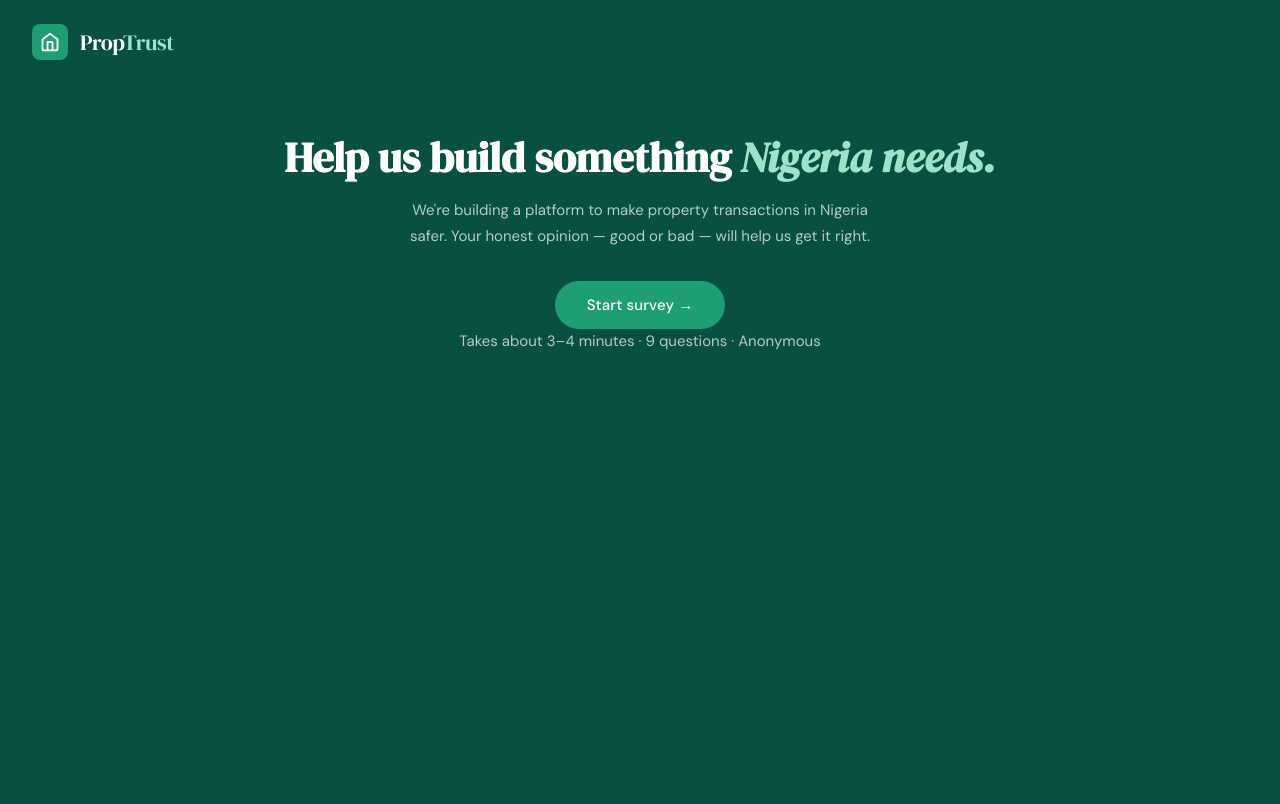
Repository: Shenixo/questionnaire
Page: index.html
The author's editor kept a copy of each file at every save. The page is drawn from the files as they stood at one save, then again after the next save.
The browser window is 1280 px wide. The pictures show the whole page.

Above is the page before, as saved 2026-05-06 14:35:53.

After the next save:
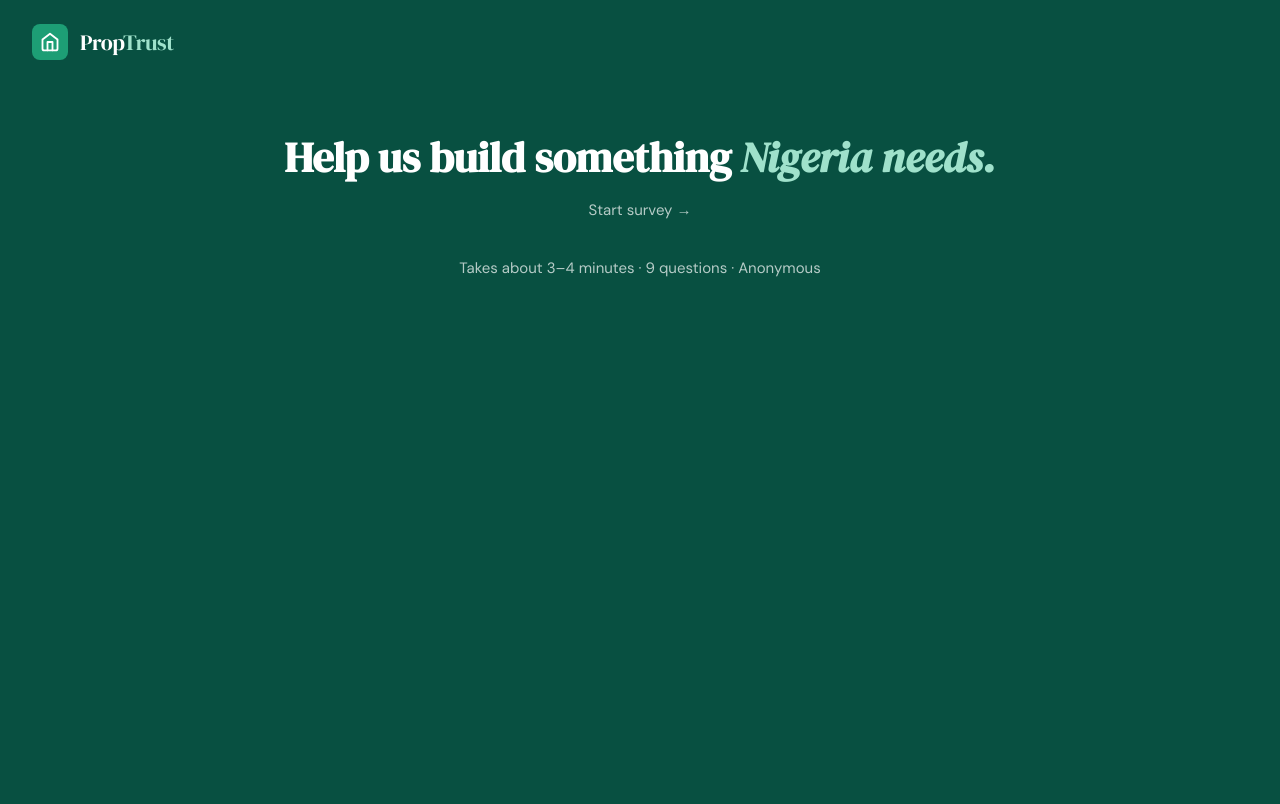
Saved 7 s later.
--- a/index.html
+++ b/index.html
@@ -468,7 +468,7 @@
 <div id="intro-screen">
   <div class="intro">
     <h1>Help us build something <em>Nigeria needs.</em></h1>
-    <p style="marginBottom "1px">We're building a platform to make property transactions in Nigeria safer. Your honest opinion — good or bad — will help us get it right.</p>
+    <p style="marginBottom >We're building a platform to make property transactions in Nigeria safer. Your honest opinion — good or bad — will help us get it right.</p>
     <button class="start-btn" onclick="startSurvey()">Start survey →</button>
     <p class="time-note">Takes about 3–4 minutes · 9 questions · Anonymous</p>
   </div>
